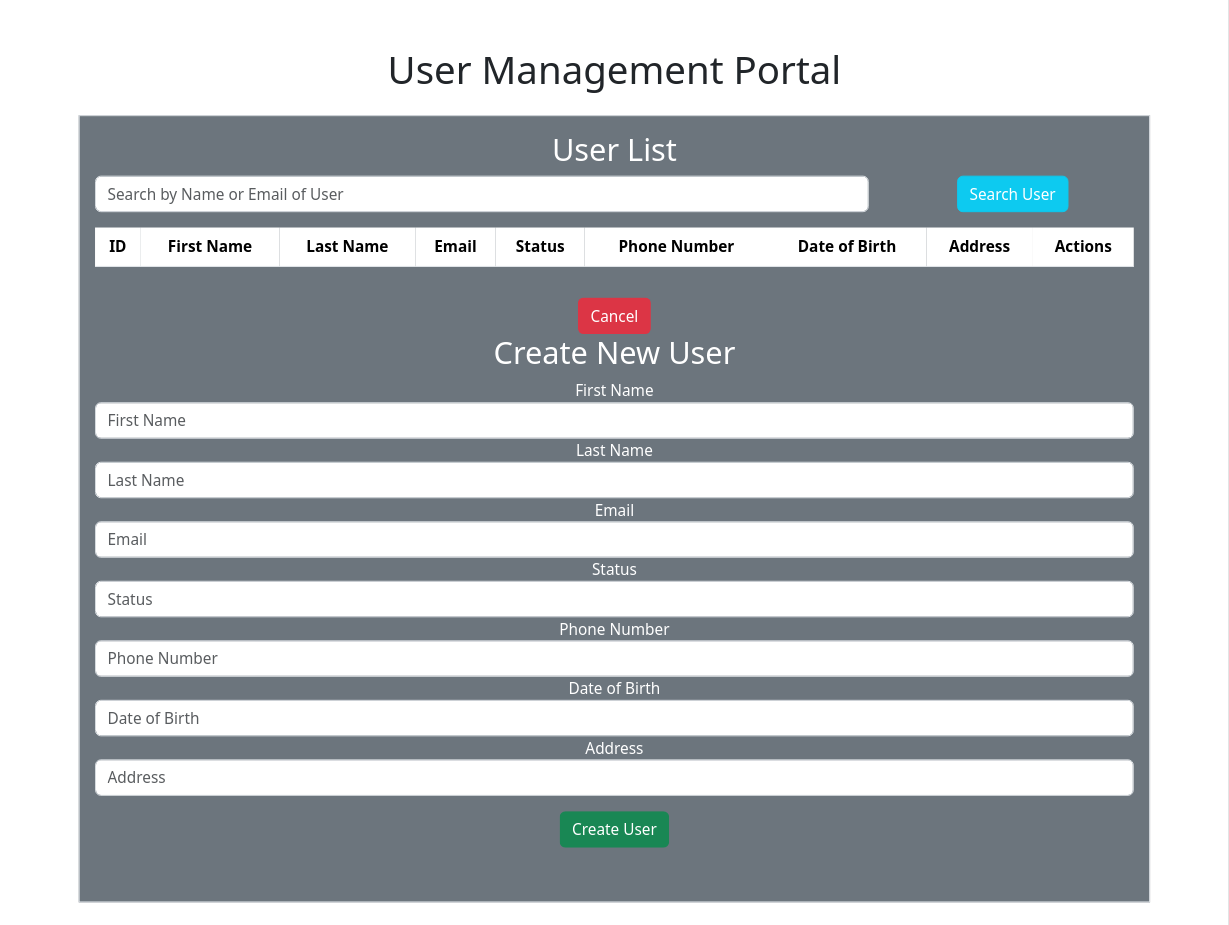
Repository: nairshreejith/reactstudent3
Page: /, after clicking the first element matching `button.bg-danger`
These files come from the project's save history. The page is drawn as it stood at one moment and after the next save; the edit follows.
The browser window is 1280 px wide. The pictures show the whole page, at 96% of full size.
The page's requests for data from a server got no answer. The project was rebuilt for these pictures with package versions that can differ from the ones it lists, and the page was loaded fresh each time. No one was signed in, and anything a server would have sent is missing.

Above is the page before, as saved 2023-09-16 23:39:09.

After the next save:
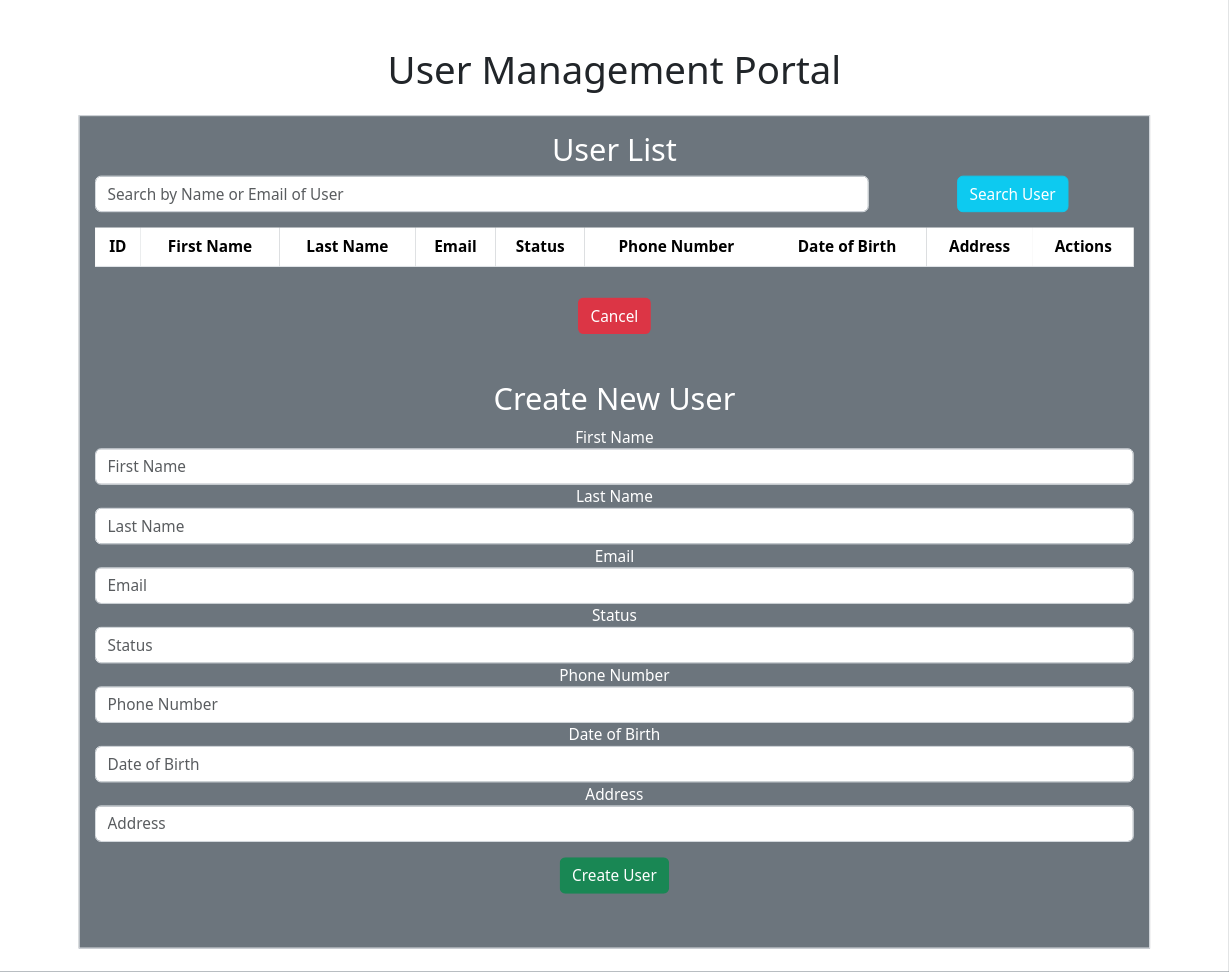
Saved 21 s later.
--- a/src/App.js
+++ b/src/App.js
@@ -152,7 +152,7 @@ function App() {
           {showCreateForm ? "Cancel" : "Create User"}
         </button>
         {showCreateForm && (
-          <div>
+          <div class="mt-5">
             <h2>Create New User</h2>
             <div className="row">
               <div className="col-md-12">
